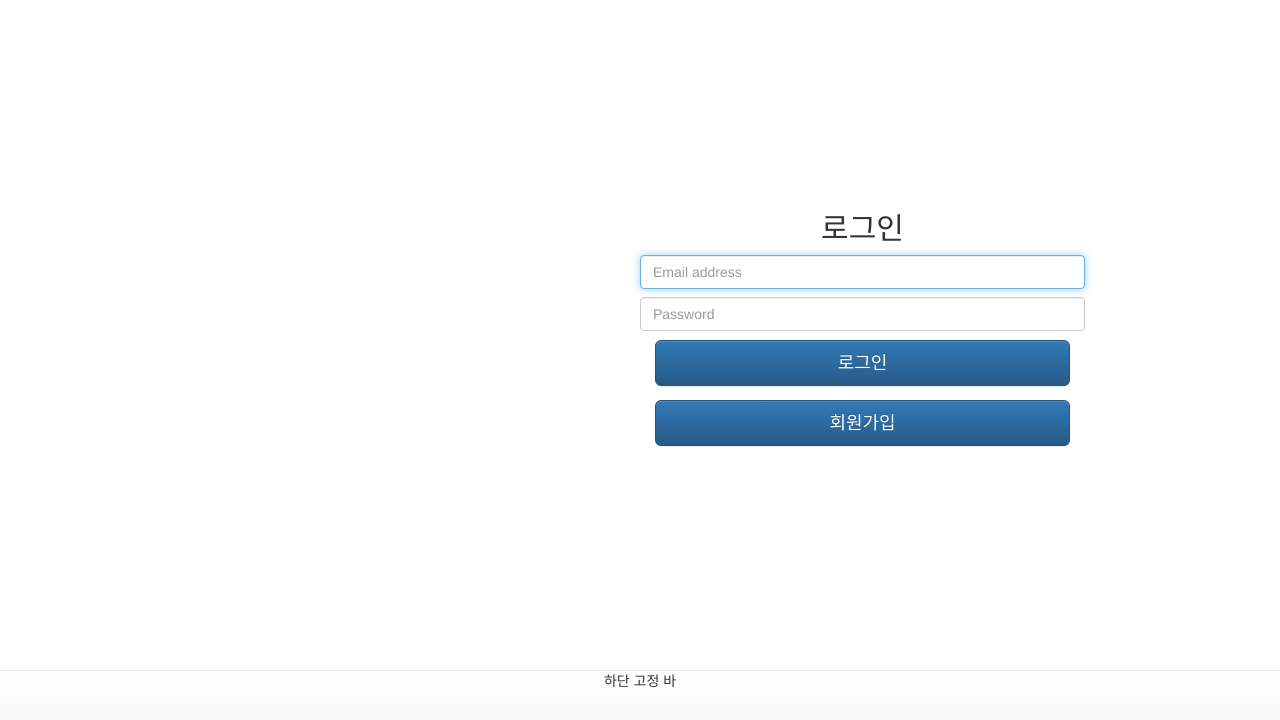
Repository: hrhwbp/Acorn-Final-Project
Page: http://localhost/final_project/index.jsp
The author's editor kept a copy of each file at every save. The page is drawn from the files as they stood at one save, then again after the next save.
The browser window is 1280 px wide. The pictures show the whole page.
Some web libraries are served in a nearby version. The page is served by Tomcat 9. Nobody is signed in. The application's start-up code is not run. Other server files are loaded and not shown.

Above is the page before, as saved 2016-10-26 05:35:52.

### final_project/src/main/webapp/index.jsp
<%@ page language="java" contentType="text/html; charset=UTF-8"
	pageEncoding="UTF-8"%>
<!DOCTYPE html">
<html>
<head>
<meta http-equiv="Content-Type" content="text/html; charset=UTF-8">
<title>REMIND</title>
<!-- 합쳐지고 최소화된 최신 CSS -->
<link rel="stylesheet"
	href="https://maxcdn.bootstrapcdn.com/bootstrap/3.3.2/css/bootstrap.min.css">
<!-- 부가적인 테마 -->
<link rel="stylesheet"
	href="https://maxcdn.bootstrapcdn.com/bootstrap/3.3.2/css/bootstrap-theme.min.css">
<style type="text/css">
.top_pd{
	padding-top: 2%;
}
.bottom_pd{
	padding-bottom: 2%;
}
.main_pd{
	padding-top: 15%;
	padding-bottom: 20%;
}
</style>
<!-- 합쳐지고 최소화된 최신 자바스크립트 -->
<script
	src="https://ajax.googleapis.com/ajax/libs/jquery/3.1.1/jquery.min.js"></script>
<script
	src="https://maxcdn.bootstrapcdn.com/bootstrap/3.3.2/js/bootstrap.min.js"></script>
</head>
<body class="center-block()">
	<div class="container main_pd">
		<div class="container col-md-5 col-md-offset-1"></div>
		<div class="container col-md-5">
		<div class="row col-md-12">
			<form class="form-signin">
				<h2 class="form-signin-heading text-center">로그인</h2>
				<div class="row">
				<label for="inputEmail" class="sr-only">Email address</label>
					<input
					type="email" id="inputEmail" class="form-control"
					placeholder="Email address" required autofocus>
				</div>
				<div class="row top_pd bottom_pd">
					<label
					for="inputPassword" class="sr-only">Password</label>
					<input
					type="password" id="inputPassword" class="form-control"
					placeholder="Password" required>
				</div>

				<button class="btn btn-lg btn-primary btn-block" type="submit">로그인</button>
			</form>
			<button class="btn btn-lg btn-primary btn-block" type="button">회원가입</button>
		</div>
		</div>
	</div>
<%@include file="bottom.jsp" %>
</body>
</html>

### final_project/src/main/webapp/bottom.jsp
<%@ page language="java" contentType="text/html; charset=UTF-8"
    pageEncoding="UTF-8"%>
<!DOCTYPE html PUBLIC "-//W3C//DTD HTML 4.01 Transitional//EN" "http://www.w3.org/TR/html4/loose.dtd">
<html>
<head>
<meta http-equiv="Content-Type" content="text/html; charset=UTF-8">
<title>Insert title here</title>
</head>
<body>
<nav class="navbar navbar-default navbar-fixed-bottom">
  <div class="container">
  	<div class="row text-center">
  	 	하단 고정 바
  	</div>
  </div>
</nav>
</body>
</html>

After the next save:
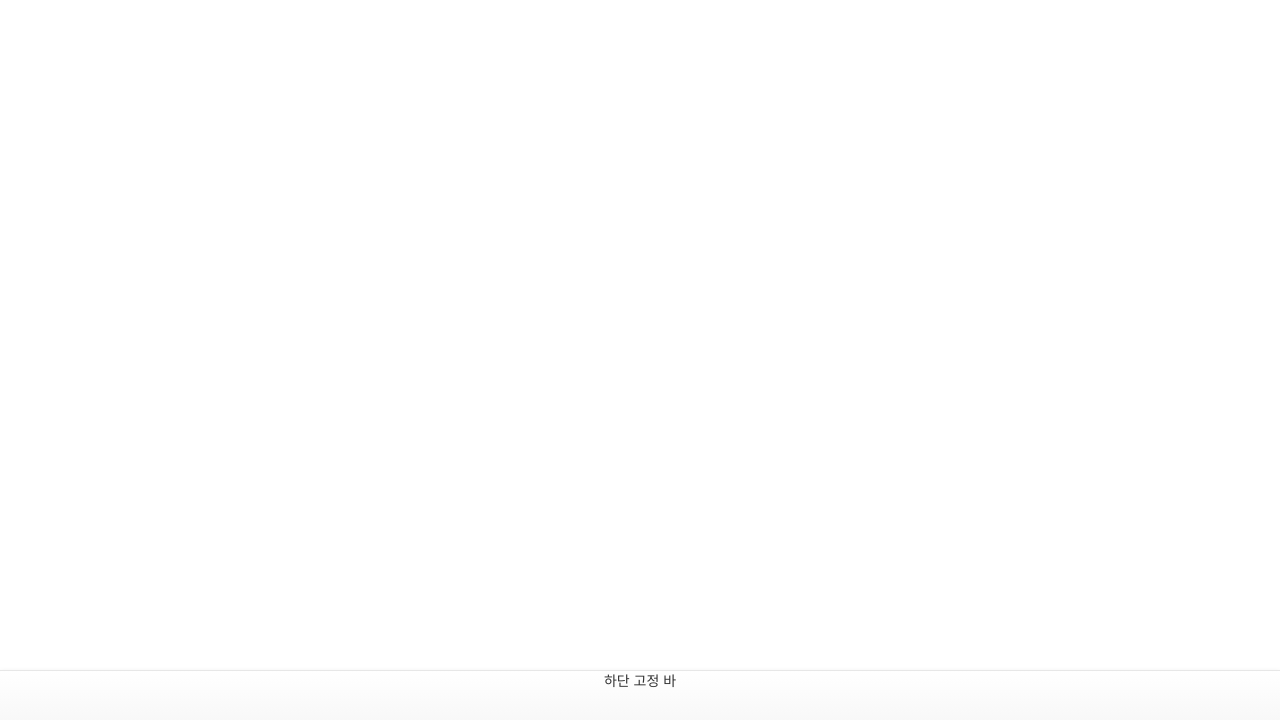
Saved 2 min 5 s later.
--- a/final_project/src/main/webapp/index.jsp
+++ b/final_project/src/main/webapp/index.jsp
@@ -33,7 +33,7 @@
 	<div class="container main_pd">
 		<div class="container col-md-5 col-md-offset-1"></div>
 		<div class="container col-md-5">
-		<div class="row col-md-12">
+		<div class="row col-md-12 hide">
 			<form class="form-signin">
 				<h2 class="form-signin-heading text-center">로그인</h2>
 				<div class="row">

After the save that followed:
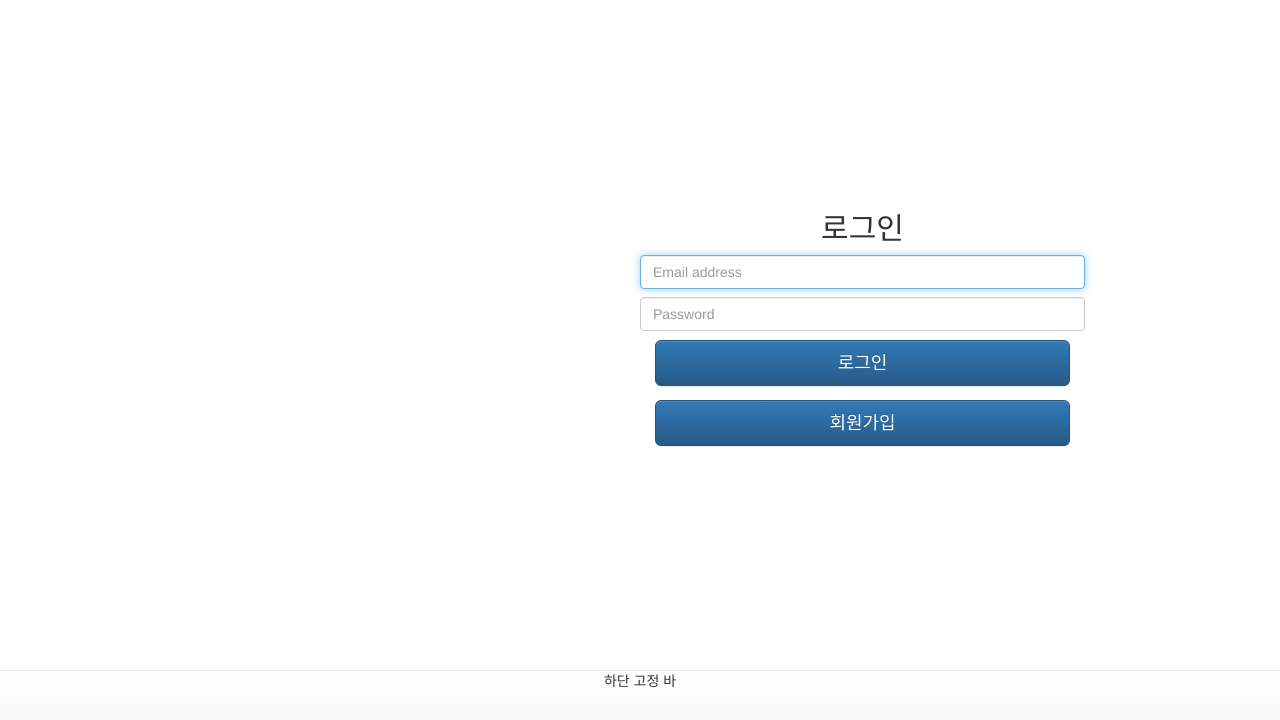
Saved 55 s later.
--- a/final_project/src/main/webapp/index.jsp
+++ b/final_project/src/main/webapp/index.jsp
@@ -54,6 +54,27 @@
 			</form>
 			<button class="btn btn-lg btn-primary btn-block" type="button">회원가입</button>
 		</div>
+		<div class="row col-md-12">
+			<form class="form-signin">
+				<h2 class="form-signin-heading text-center">로그인</h2>
+				<div class="row">
+				<label for="inputEmail" class="sr-only">Email address</label>
+					<input
+					type="email" id="inputEmail" class="form-control"
+					placeholder="Email address" required autofocus>
+				</div>
+				<div class="row top_pd bottom_pd">
+					<label
+					for="inputPassword" class="sr-only">Password</label>
+					<input
+					type="password" id="inputPassword" class="form-control"
+					placeholder="Password" required>
+				</div>
+
+				<button class="btn btn-lg btn-primary btn-block" type="submit">로그인</button>
+			</form>
+			<button class="btn btn-lg btn-primary btn-block" type="button">회원가입</button>
+		</div>
 		</div>
 	</div>
 <%@include file="bottom.jsp" %>
